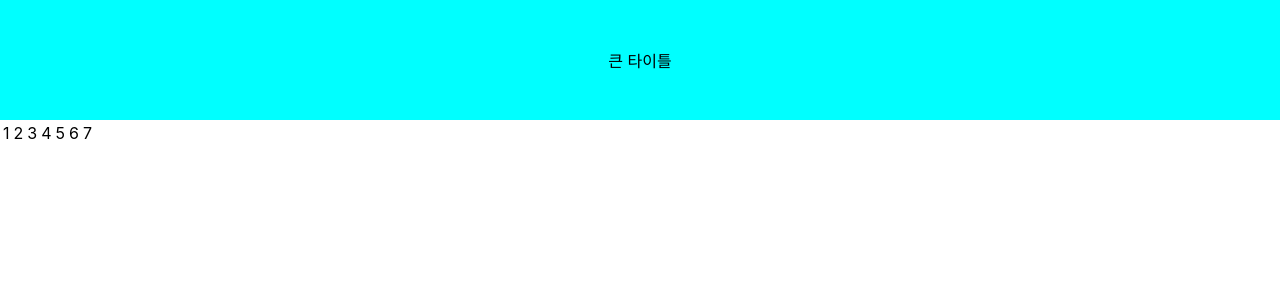
Repository: honeybong/SANGBONG
Page: /
These files come from the project's save history. The page is drawn as it stood at one moment and after the next save; the edit follows.
The browser window is 1280 px wide. The pictures show the whole page.
The project was rebuilt for these pictures with package versions that can differ from the ones it lists, and the page was loaded fresh each time.

Above is the page before, as saved 2023-03-22 12:46:28.

After the next save:
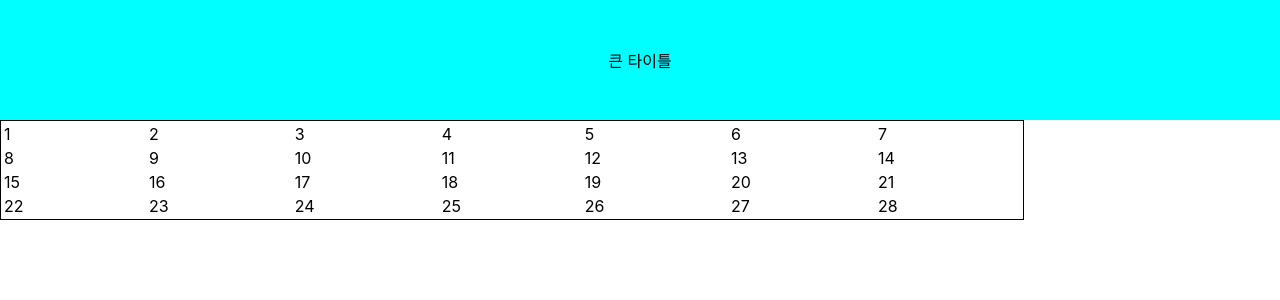
Saved 5 min 8 s later.
--- a/src/App.js
+++ b/src/App.js
@@ -2,6 +2,16 @@ import './App.scss';
 import { useState } from 'react';
 
 const App = (props) => {
+  // const getTableTr = () => {
+  //   for (const i = 0; i > 7; i++) {
+  //     return (
+  //       <>
+  //         <td>i</td>
+  //       </>
+  //     )
+  //   }
+
+  // }
   return (
     <div className='test'>
       <header className='test-header'>
@@ -12,7 +22,7 @@ const App = (props) => {
       <body className='test-body'>
         <div className='body-container'>
           {/* <div className='scheduler' /> */}
-          <table>
+          <table className='scheduler'>
             <tr>
               <td>1</td>
               <td>2</td>
@@ -22,6 +32,33 @@ const App = (props) => {
               <td>6</td>
               <td>7</td>
             </tr>
+            <tr>
+              <td>8</td>
+              <td>9</td>
+              <td>10</td>
+              <td>11</td>
+              <td>12</td>
+              <td>13</td>
+              <td>14</td>
+            </tr>
+            <tr>
+              <td>15</td>
+              <td>16</td>
+              <td>17</td>
+              <td>18</td>
+              <td>19</td>
+              <td>20</td>
+              <td>21</td>
+            </tr>
+            <tr>
+              <td>22</td>
+              <td>23</td>
+              <td>24</td>
+              <td>25</td>
+              <td>26</td>
+              <td>27</td>
+              <td>28</td>
+            </tr>
           </table>
         </div>
       </body>
